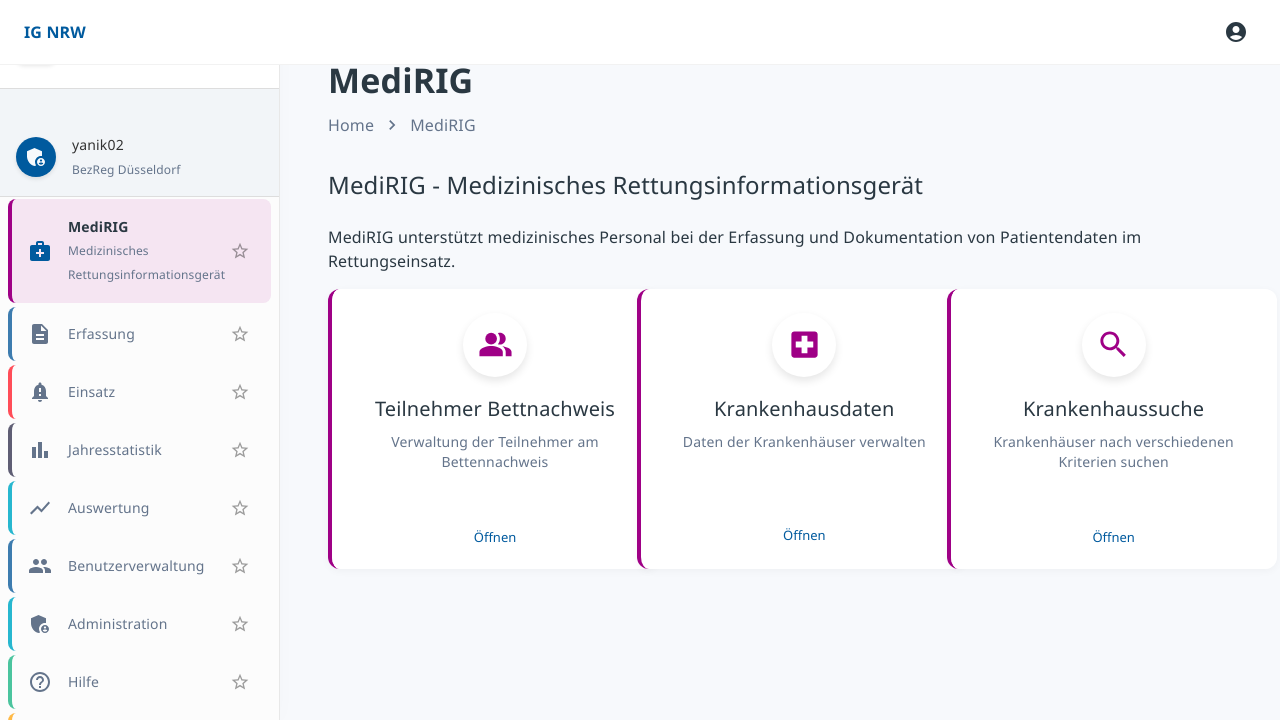
Repository: bynrw/sidebar
Page: /medirig
These files come from the project's save history. The page is drawn as it stood at one moment and after the next save; the edit follows.
The browser window is 1280 px wide. The pictures show the whole page.
The project was rebuilt for these pictures with package versions that can differ from the ones it lists, and the page was loaded fresh each time. Also part of the build but not shown: src/components/pages/HomePage.js, src/components/pages/Info.js, src/components/pages/Jahresstatistik.js.

Above is the page before, as saved 2025-04-23 10:38:13.

### public/index.html
<!DOCTYPE html>
<html lang="en">
  <head>
    <meta charset="utf-8" />
    <link rel="icon" href="%PUBLIC_URL%/favicon.ico" />
    <meta name="viewport" content="width=device-width, initial-scale=1" />
    <meta name="theme-color" content="#000000" />
    <meta
      name="description"
      content="Modern React Application with Material UI"
    />
    <link rel="apple-touch-icon" href="%PUBLIC_URL%/logo192.png" />
    <link rel="manifest" href="%PUBLIC_URL%/manifest.json" />
    <link
      rel="stylesheet"
      href="https://fonts.googleapis.com/css?family=Roboto:300,400,500,700&display=swap"
    />
    <title>React App with Modern Sidebar</title>
  </head>
  <body>
    <noscript>You need to enable JavaScript to run this app.</noscript>
    <div id="root"></div>
  </body>
</html>

### src/index.js
import React from 'react';
import ReactDOM from 'react-dom/client';
import { BrowserRouter } from 'react-router-dom';
import App from './App';
import { CssBaseline } from '@mui/material';
import { ThemeProvider, createTheme } from '@mui/material/styles';

// Create a theme instance with modern colors
const theme = createTheme({
  palette: {
    primary: {
      main: '#1976d2',
    },
    secondary: {
      main: '#dc004e',
    },
    background: {
      default: '#f5f5f5',
    },
  },
  typography: {
    fontFamily: '"Roboto", "Helvetica", "Arial", sans-serif',
  },
});

const root = ReactDOM.createRoot(document.getElementById('root'));
root.render(
  <React.StrictMode>
    <ThemeProvider theme={theme}>
      <CssBaseline />
      <BrowserRouter>
        <App />
      </BrowserRouter>
    </ThemeProvider>
  </React.StrictMode>
);

### src/App.js
import React from 'react';
import { Routes, Route } from 'react-router-dom';
import { ThemeProvider, CssBaseline } from '@mui/material';
import theme from './theme';

// Layout
import MainLayout from './components/layout/MainLayout';

// Pages
import HomePage from './components/pages/HomePage';
import Erfassung from './components/pages/Erfassung';
import Auswertung from './components/pages/Auswertung';
import Administration from './components/pages/Administration';
import Hilfe from './components/pages/Hilfe';
import Info from './components/pages/Info';
import Einsatz from './components/pages/Einsatz';
import Benutzerverwaltung from './components/pages/Benutzerverwaltung';
import MediRIG from './components/pages/MediRIG';
import Jahresstatistik from './components/pages/Jahresstatistik';

function App() {
  return (
    <ThemeProvider theme={theme}>
      <CssBaseline />
      <Routes>
        <Route path="/" element={<MainLayout />}>
          <Route index element={<HomePage />} />
          <Route path="erfassung/*" element={<Erfassung />} />
          <Route path="medirig/*" element={<MediRIG />} />
          <Route path="auswertung/*" element={<Auswertung />} />
          <Route path="administration/*" element={<Administration />} />
          <Route path="hilfe/*" element={<Hilfe />} />
          <Route path="info/*" element={<Info />} />
          <Route path="einsatz/*" element={<Einsatz />} />
          <Route path="benutzerverwaltung/*" element={<Benutzerverwaltung />} />
          <Route path="jahresstatistik/*" element={<Jahresstatistik />} />
        </Route>
      </Routes>
    </ThemeProvider>
  );
}

export default App;

### src/components/pages/Hilfe.js
import React from 'react';
import { Box, Typography, Paper, Breadcrumbs, Link, Container, Grid, Card, CardContent, CardActions, Button } from '@mui/material';
import { Routes, Route, Link as RouterLink, useLocation, useNavigate } from 'react-router-dom';
import NavigateNextIcon from '@mui/icons-material/NavigateNext';
import MenuBookIcon from '@mui/icons-material/MenuBook';
import SchoolIcon from '@mui/icons-material/School';
import QuestionAnswerIcon from '@mui/icons-material/QuestionAnswer';
import theme from '../../theme';

// Untermenü-Struktur
const subMenuItems = [
  {
    title: 'Dokumentation',
    description: 'Vollständige Systemdokumentation einsehen',
    icon: <MenuBookIcon fontSize="large" sx={{ color: 'success.main' }} />,
    path: '/hilfe/dokumentation'
  },
  {
    title: 'Tutorial',
    description: 'Schritt-für-Schritt Anleitungen folgen',
    icon: <SchoolIcon fontSize="large" sx={{ color: 'success.main' }} />,
    path: '/hilfe/tutorial'
  },
  {
    title: 'FAQ',
    description: 'Antworten auf häufig gestellte Fragen',
    icon: <QuestionAnswerIcon fontSize="large" sx={{ color: 'success.main' }} />,
    path: '/hilfe/faq'
  }
];

// Subpages
const Dokumentation = () => (
  <Paper sx={{ p: 3 }}>
    <Typography variant="h5" gutterBottom>Dokumentation</Typography>
    <Typography variant="body1">Ausführliche Dokumentation zum System.</Typography>
  </Paper>
);

const Tutorial = () => (
  <Paper sx={{ p: 3 }}>
    <Typography variant="h5" gutterBottom>Tutorial</Typography>
    <Typography variant="body1">Schritt-für-Schritt Anleitungen für Systemfunktionen.</Typography>
  </Paper>
);

const FAQ = () => (
  <Paper sx={{ p: 3 }}>
    <Typography variant="h5" gutterBottom>FAQ</Typography>
    <Typography variant="body1">Häufig gestellte Fragen und deren Antworten.</Typography>
  </Paper>
);

function Hilfe() {
  const location = useLocation();
  const navigate = useNavigate();
  const pathSegments = location.pathname.split('/').filter(Boolean);

  return (
    <Container maxWidth="lg">
      <Box sx={{ mb: 4 }}>
        <Typography variant="h4" gutterBottom>Hilfe</Typography>
        <Breadcrumbs
          separator={<NavigateNextIcon fontSize="small" />}
          aria-label="breadcrumb"
          sx={{ mb: 3 }}
        >
          <Link component={RouterLink} to="/" underline="hover" color="inherit">
            Home
          </Link>
          <Link component={RouterLink} to="/hilfe" underline="hover" color="inherit">
            Hilfe
          </Link>
          {pathSegments.length > 1 && (
            <Typography color="text.primary">
              {pathSegments[1].charAt(0).toUpperCase() + pathSegments[1].slice(1)}
            </Typography>
          )}
        </Breadcrumbs>
      </Box>

      <Box sx={{ mb: 3 }}>
        <Routes>
          <Route index element={
            <Box>
              <Typography variant="h5" gutterBottom sx={{ mb: 3 }}>Hilfebereich</Typography>
              <Typography variant="body1" paragraph>
                In diesem Bereich finden Sie Hilfestellungen, Dokumentationen und Tutorials zur Verwendung des Systems.
              </Typography>

              <Grid container spacing={3}>
                {subMenuItems.map((item) => (
                  <Grid item xs={12} sm={6} md={4} key={item.title}>
                    <Card
                      sx={{
                        height: '100%',
                        display: 'flex',
                        flexDirection: 'column',
                        transition: 'transform 0.2s, box-shadow 0.2s',
                        '&:hover': {
                          transform: 'translateY(-5px)',
                          boxShadow: 4,
                        },
                        cursor: 'pointer',
                        borderRadius: 3,
                        border: '1px solid rgba(0,0,0,0.05)',
                        borderLeft: `4px solid ${theme.palette.success.main}`
                      }}
                      onClick={() => navigate(item.path)}
                    >
                      <CardContent sx={{ padding: 3, flexGrow: 1, display: 'flex', flexDirection: 'column', alignItems: 'center', textAlign: 'center' }}>
                        <Box sx={{ mb: 2, display: 'flex', justifyContent: 'center' }}>
                          {item.icon}
                        </Box>
                        <Typography variant="h6" component="h2" gutterBottom>
                          {item.title}
                        </Typography>
                        <Typography variant="body2" color="text.secondary">
                          {item.description}
                        </Typography>
                      </CardContent>
                      <CardActions sx={{ justifyContent: 'center', pb: 2 }}>
                        <Button size="small" color="success" onClick={() => navigate(item.path)}>
                          Öffnen
                        </Button>
                      </CardActions>
                    </Card>
                  </Grid>
                ))}
              </Grid>
            </Box>
          } />
          <Route path="dokumentation" element={<Dokumentation />} />
          <Route path="tutorial" element={<Tutorial />} />
          <Route path="faq" element={<FAQ />} />
        </Routes>
      </Box>
    </Container>
  );
}

export default Hilfe;

### src/components/pages/MediRIG.js
import React from 'react';
import { Box, Typography, Paper, Breadcrumbs, Link, Container, Grid } from '@mui/material';
import { Routes, Route, Link as RouterLink, useLocation, useNavigate } from 'react-router-dom';
import NavigateNextIcon from '@mui/icons-material/NavigateNext';
import PeopleAltIcon from '@mui/icons-material/PeopleAlt';
import LocalHospitalIcon from '@mui/icons-material/LocalHospital';
import SearchIcon from '@mui/icons-material/Search';
import CustomCard from '../layout/CustomCard';

// MediRIG Untermenüs
const mediRIGSubMenuItems = [
  {
    title: 'Teilnehmer Bettnachweis',
    description: 'Verwaltung der Teilnehmer am Bettennachweis',
    icon: <PeopleAltIcon fontSize="large" sx={{ color: 'medical.main' }} />,
    path: '/medirig/teilnehmer-bettnachweis',
    borderStyle: {
      borderLeft: '4px solid',
      borderColor: 'medical.main'
    }
  },
  {
    title: 'Krankenhausdaten',
    description: 'Daten der Krankenhäuser verwalten',
    icon: <LocalHospitalIcon fontSize="large" sx={{ color: 'medical.main' }} />,
    path: '/medirig/krankenhausdaten',
    borderStyle: {
      borderLeft: '4px solid',
      borderColor: 'medical.main'
    }
  },
  {
    title: 'Krankenhaussuche',
    description: 'Krankenhäuser nach verschiedenen Kriterien suchen',
    icon: <SearchIcon fontSize="large" sx={{ color: 'medical.main' }} />,
    path: '/medirig/krankenhaussuche',
    borderStyle: {
      borderLeft: '4px solid',
      borderColor: 'medical.main'
    }
  }
];

// MediRIG Subcomponents
const TeilnehmerBettnachweis = () => (
  <Paper sx={{ p: 3 }}>
    <Typography variant="h5" gutterBottom>Teilnehmer Bettnachweis</Typography>
    <Typography variant="body1">Verwaltung und Übersicht aller Teilnehmer am Bettennachweis.</Typography>
  </Paper>
);

const Krankenhausdaten = () => (
  <Paper sx={{ p: 3 }}>
    <Typography variant="h5" gutterBottom>Krankenhausdaten</Typography>
    <Typography variant="body1">Hier können Sie die Daten der Krankenhäuser einsehen und bearbeiten.</Typography>
  </Paper>
);

const Krankenhaussuche = () => (
  <Paper sx={{ p: 3 }}>
    <Typography variant="h5" gutterBottom>Krankenhaussuche</Typography>
    <Typography variant="body1">Suchen Sie nach Krankenhäusern anhand verschiedener Kriterien.</Typography>
  </Paper>
);

function MediRIG() {
  const location = useLocation();
  const navigate = useNavigate();
  const pathSegments = location.pathname.split('/').filter(Boolean);

  return (
    <Container maxWidth="lg">
      <Box sx={{ mb: 4 }}>
        <Typography variant="h4" gutterBottom>MediRIG</Typography>
        <Breadcrumbs
          separator={<NavigateNextIcon fontSize="small" />}
          aria-label="breadcrumb"
          sx={{ mb: 3 }}
        >
          <Link component={RouterLink} to="/" underline="hover" color="inherit">
            Home
          </Link>
          <Link component={RouterLink} to="/medirig" underline="hover" color="inherit">
            MediRIG
          </Link>
          {pathSegments.length > 1 && (
            <Typography color="text.primary">
              {pathSegments[1].split('-').map(word => word.charAt(0).toUpperCase() + word.slice(1)).join(' ')}
            </Typography>
          )}
        </Breadcrumbs>
      </Box>

      <Box sx={{ mb: 3 }}>
        <Routes>
          <Route index element={
            <Box>
              <Typography variant="h5" gutterBottom sx={{ mb: 3 }}>MediRIG - Medizinisches Rettungsinformationsgerät</Typography>
              <Typography variant="body1" paragraph>
                MediRIG unterstützt medizinisches Personal bei der Erfassung und Dokumentation von Patientendaten im Rettungseinsatz.
              </Typography>

              <Grid container spacing={3}>
                {mediRIGSubMenuItems.map((item) => (
                  <Grid item xs={12} sm={6} md={4} key={item.title}>
                    <CustomCard
                      title={item.title}
                      description={item.description}
                      icon={item.icon}
                      path={item.path}
                      accentColor="medical.main"
                    />
                  </Grid>
                ))}
              </Grid>
            </Box>
          } />

          {/* MediRIG Untermenüs */}
          <Route path="teilnehmer-bettnachweis" element={<TeilnehmerBettnachweis />} />
          <Route path="krankenhausdaten" element={<Krankenhausdaten />} />
          <Route path="krankenhaussuche" element={<Krankenhaussuche />} />
        </Routes>
      </Box>
    </Container>
  );
}

export default MediRIG;

### src/components/layout/CustomCard.js
import React from 'react';
import { Card, CardContent, CardActions, Typography, Box, Button } from '@mui/material';
import { useNavigate } from 'react-router-dom';

/**
 * Einheitliche Kachelkomponente für das gesamte Projekt
 *
 * @param {Object} props - Die Komponenten-Props
 * @param {string} props.title - Titel der Kachel
 * @param {string} props.description - Beschreibung der Kachel
 * @param {React.ReactNode} props.icon - Icon-Komponente
 * @param {string} props.path - Navigationspfad (optional)
 * @param {string} props.accentColor - Akzentfarbe (default: 'primary.main')
 * @param {Object} props.stats - Statistikdaten (optional) { value, unit, change }
 * @param {Object} props.additionalInfo - Zusätzliche Informationen (optional)
 * @param {function} props.onClick - Optionale Click-Handler-Funktion
 */
const CustomCard = ({
  title,
  description,
  icon,
  path,
  accentColor = 'primary.main',
  stats,
  additionalInfo,
  onClick,
  children
}) => {
  const navigate = useNavigate();

  const handleClick = () => {
    if (onClick) {
      onClick();
    } else if (path) {
      navigate(path);
    }
  };

  return (
    <Card
      sx={{
        height: '280px',
        width: '330px',
        display: 'flex',
        flexDirection: 'column',
        transition: 'transform 0.2s, box-shadow 0.2s',
        '&:hover': {
          transform: 'translateY(-5px)',
          boxShadow: 4,
        },
        cursor: path || onClick ? 'pointer' : 'default',
        borderLeft: '4px solid',
        borderColor: accentColor,
        overflow: 'auto' // Ermöglicht Scrollen, falls der Inhalt zu groß ist
      }}
      onClick={handleClick}
    >
      <CardContent sx={{
        padding: 3,
        flexGrow: 1,
        display: 'flex',
        flexDirection: 'column',
        alignItems: 'center',
        textAlign: 'center'
      }}>
        {icon && (
          <Box sx={{
            mb: 2,
            display: 'flex',
            justifyContent: 'center',
            backgroundColor: `${accentColor}15`,  // 15% Transparenz der Akzentfarbe
            borderRadius: '50%',
            padding: '16px',
            width: '64px',
            height: '64px',
            alignItems: 'center',
            boxShadow: '0 4px 8px rgba(0,0,0,0.1)'
          }}>
            {React.cloneElement(icon, {
              fontSize: "large",
              sx: { color: accentColor }
            })}
          </Box>
        )}

        <Typography variant="h6" component="h2" gutterBottom>
          {title}
        </Typography>

        <Typography variant="body2" color="text.secondary" sx={{ mb: 2 }}>
          {description}
        </Typography>

        {stats && (
          <Box sx={{ width: '100%', mt: 1 }}>
            <Typography variant="h4" component="div" sx={{ fontWeight: 'bold' }}>
              {stats.value}{stats.unit && <Typography component="span" variant="body2">{stats.unit}</Typography>}
            </Typography>

            {stats.change && (
              <Typography
                variant="body2"
                sx={{
                  color: stats.change > 0 ? 'success.main' : 'error.main',
                  display: 'flex',
                  alignItems: 'center',
                  justifyContent: 'center'
                }}
              >
                {stats.change > 0 ? '+' : ''}{stats.change}%
              </Typography>
            )}
          </Box>
        )}

        {additionalInfo && (
          <Box sx={{ width: '100%', mt: 2 }}>
            {Object.entries(additionalInfo).map(([key, value]) => (
              <Typography key={key} variant="body2" sx={{ display: 'flex', justifyContent: 'space-between' }}>
                <span>{key}:</span>
                <span>{value}</span>
              </Typography>
            ))}
          </Box>
        )}

        {children}
      </CardContent>

      {path && (
        <CardActions sx={{ justifyContent: 'center', pb: 2 }}>
          <Button size="small" color="primary" onClick={() => navigate(path)}>
            Öffnen
          </Button>
        </CardActions>
      )}
    </Card>
  );
};

export default CustomCard;

Loaded but not shown: src/components/layout/MainLayout.js (1458 lines, source omitted); src/components/pages/Erfassung.js (883 lines, source omitted); src/components/pages/Auswertung.js (332 lines, source omitted); src/components/pages/Administration.js (310 lines, source omitted); src/components/pages/Benutzerverwaltung.js (314 lines, source omitted); src/components/pages/Einsatz.js (238 lines, source omitted); src/theme.js (324 lines, source omitted)

After the next save:
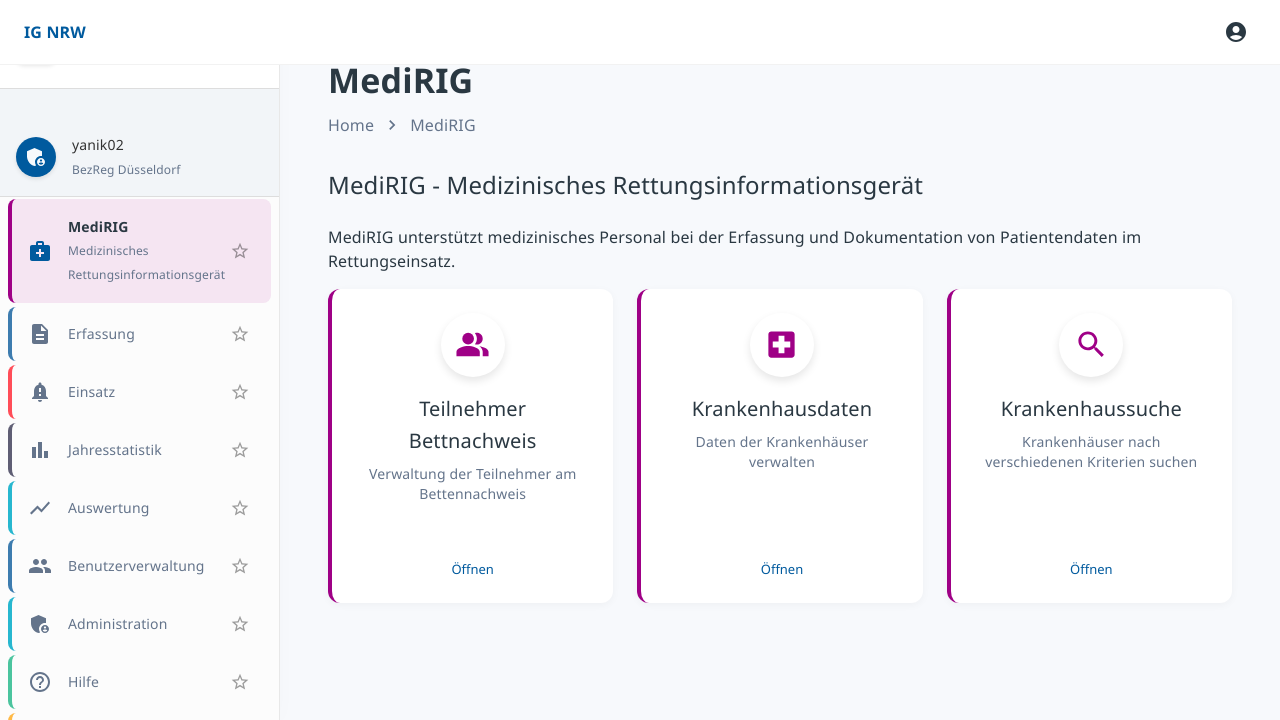
Saved 119 s later.
--- a/src/components/layout/CustomCard.js
+++ b/src/components/layout/CustomCard.js
@@ -39,10 +39,9 @@ const CustomCard = ({
   return (
     <Card
       sx={{
-        height: '280px',
-        width: '330px',
         display: 'flex',
         flexDirection: 'column',
+        height: '100%',
         transition: 'transform 0.2s, box-shadow 0.2s',
         '&:hover': {
           transform: 'translateY(-5px)',
@@ -50,8 +49,7 @@ const CustomCard = ({
         },
         cursor: path || onClick ? 'pointer' : 'default',
         borderLeft: '4px solid',
-        borderColor: accentColor,
-        overflow: 'auto' // Ermöglicht Scrollen, falls der Inhalt zu groß ist
+        borderColor: accentColor
       }}
       onClick={handleClick}
     >
